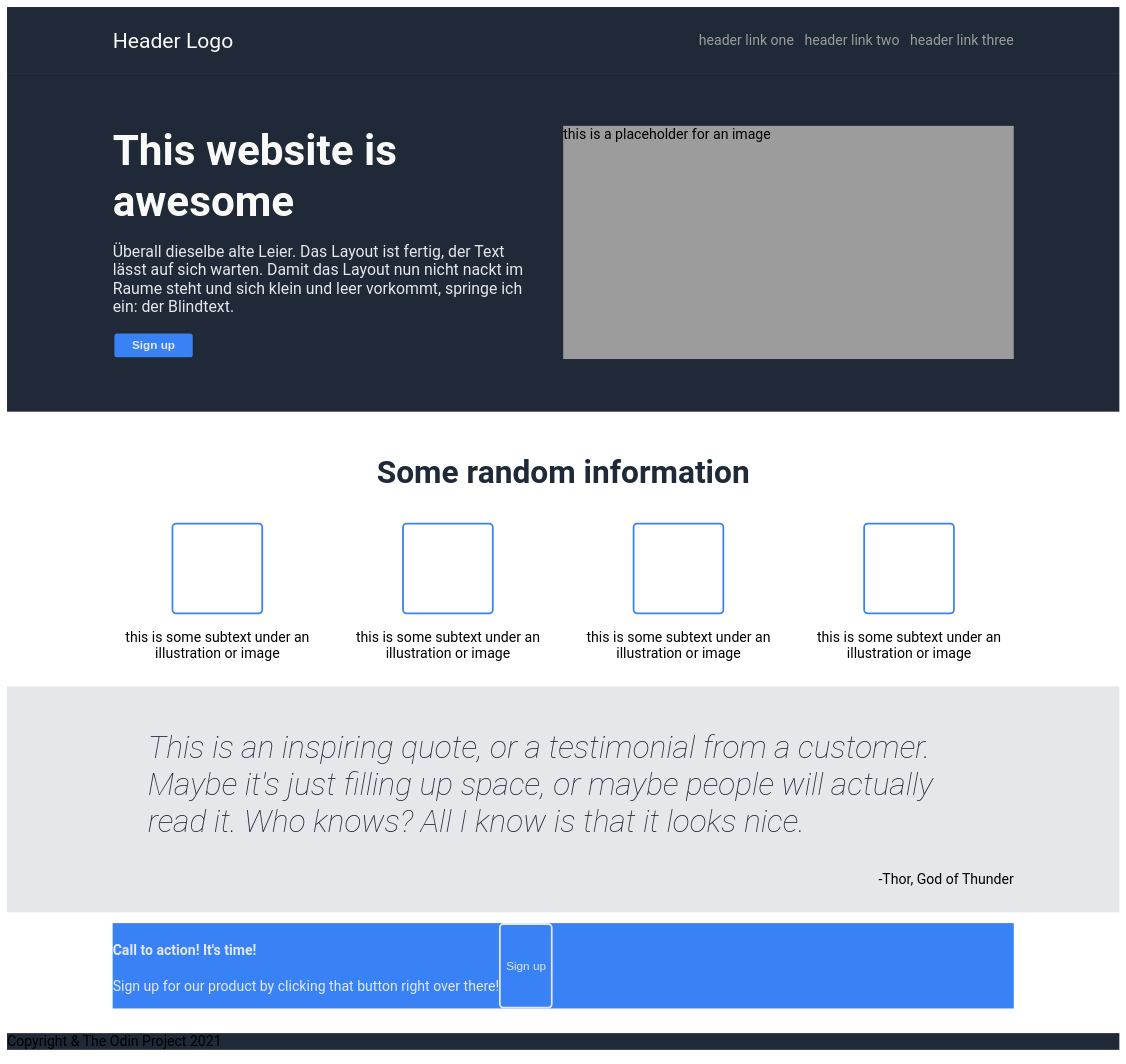
Repository: evemcd/odin_project
Page: odin-project2-landing-page/index.html
An editor plug-in stored every save of this project. The page is shown before and after the next save, followed by the edit.
The browser window is 1280 px wide. The pictures show the whole page, at 88% of full size.

Above is the page before, as saved 2022-02-08 11:22:31.

After the next save:
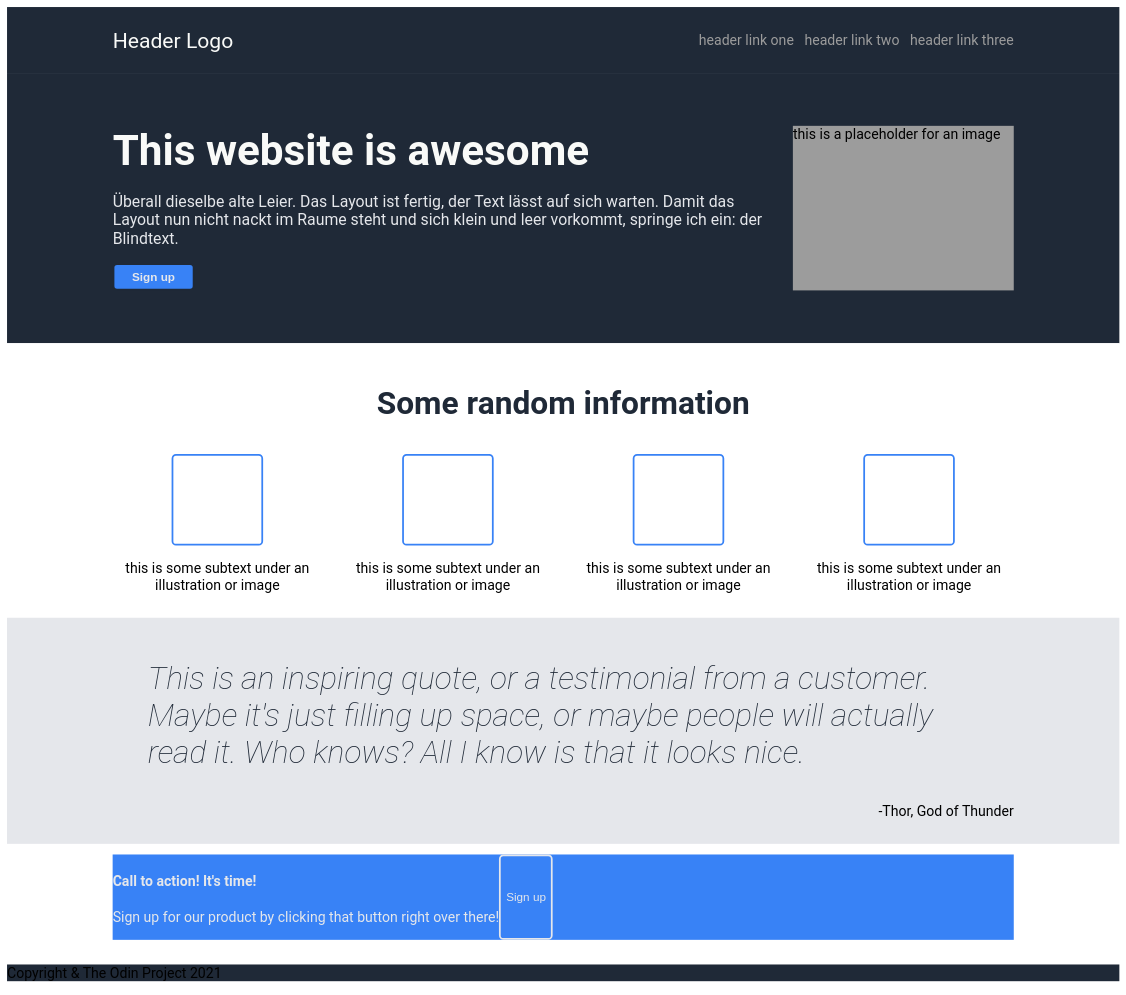
Saved 14 s later.
--- a/odin-project2-landing-page/style.css
+++ b/odin-project2-landing-page/style.css
@@ -57,7 +57,7 @@
 .placeholder {
     background-color: #9c9c9c;
     width: 50%;
-    flex-shrink: 0;
+    /* flex-shrink: 0; */
     margin-left: 24px;
 }
 

After the save that followed:
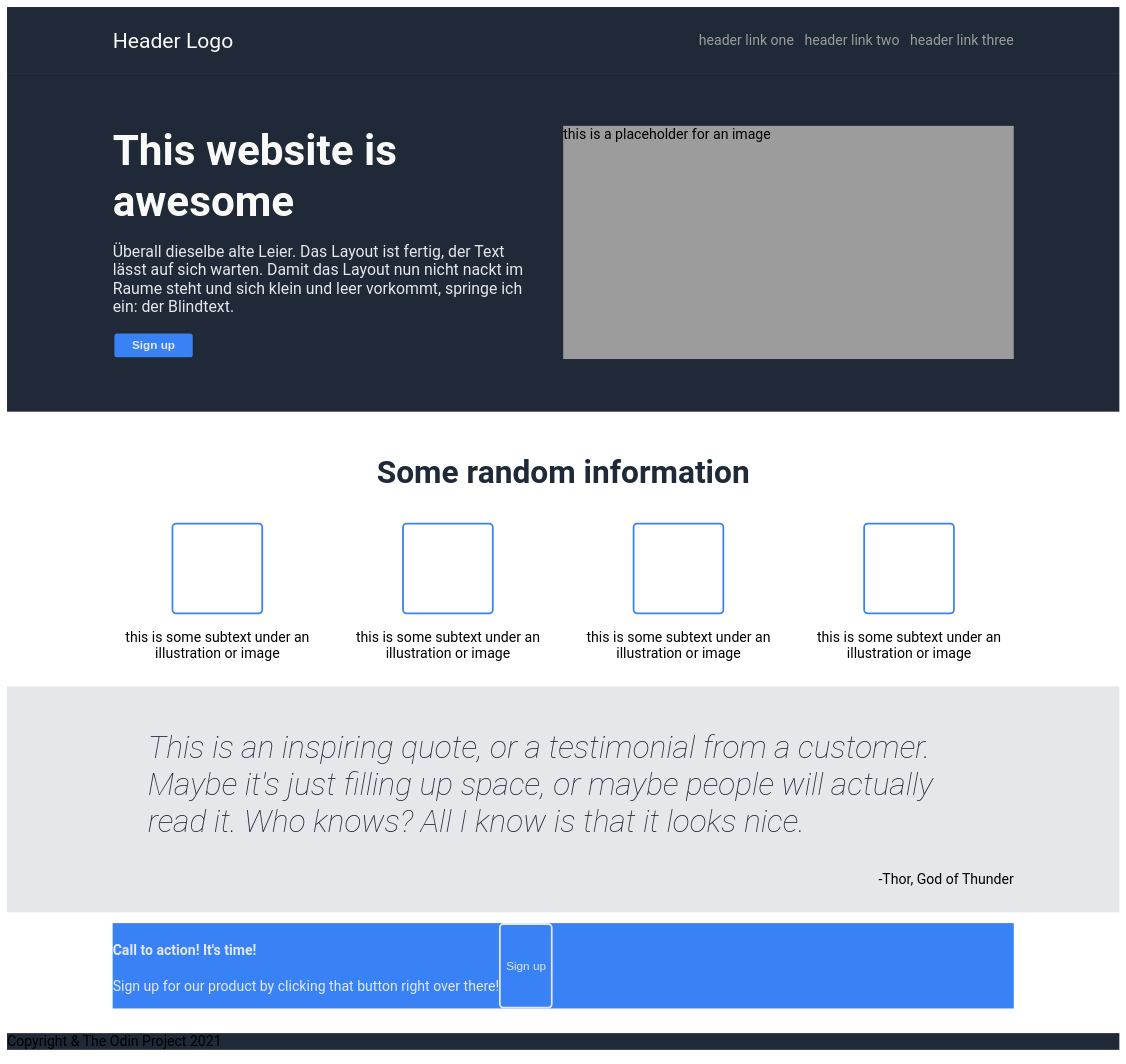
Saved 7 s later.
--- a/odin-project2-landing-page/style.css
+++ b/odin-project2-landing-page/style.css
@@ -57,7 +57,7 @@
 .placeholder {
     background-color: #9c9c9c;
     width: 50%;
-    /* flex-shrink: 0; */
+    flex-shrink: 0;
     margin-left: 24px;
 }
 
